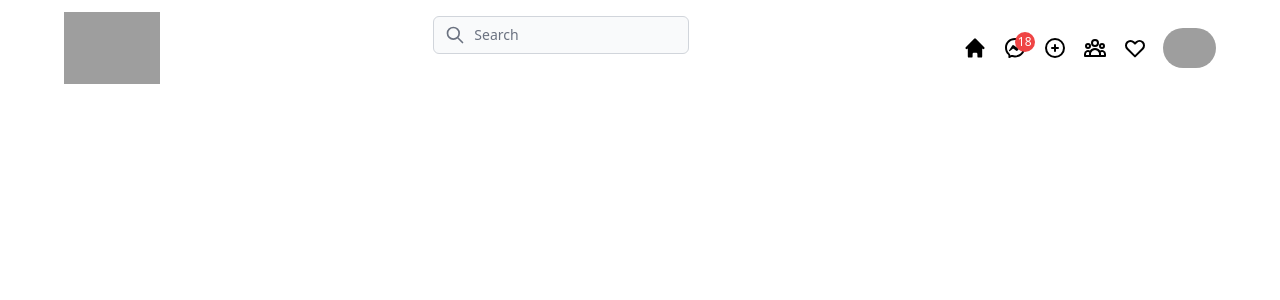
Repository: SehajBindra/insta--clone
Page: /
These files come from the project's save history. The page is drawn as it stood at one moment and after the next save; the edit follows.
The browser window is 1280 px wide. The pictures show the whole page.
Pictures or frames that could not be fetched are drawn as grey boxes. The project was rebuilt for these pictures with package versions that can differ from the ones it lists, and the page was loaded fresh each time. The framework's server and built-in components were replaced by stand-ins that run in the browser. Also part of the build but not shown: next.config.js.

Above is the page before, as saved 2022-04-11 02:36:48.

After the next save:
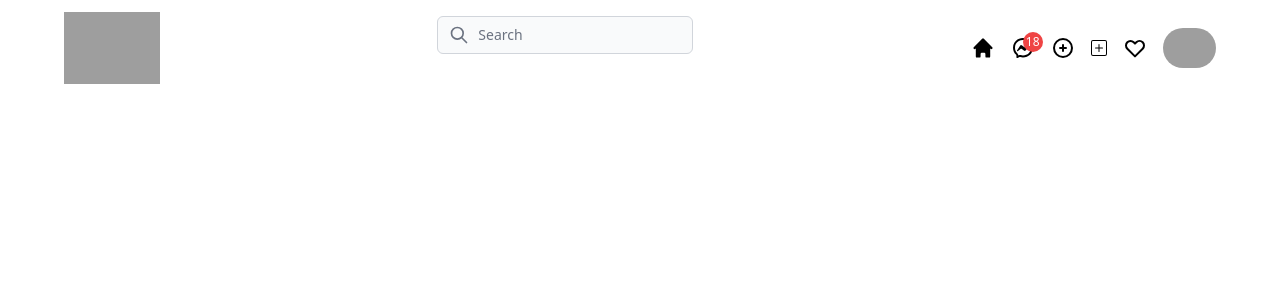
Saved 111 s later.
--- a/components/Header.js
+++ b/components/Header.js
@@ -1,6 +1,8 @@
 import React from "react";
 import Image from "next/image";
 import { RiMessengerLine } from "react-icons/ri";
+import { BsPlusSquare } from "react-icons/bs";
+
 import {
     SearchIcon,
     PlusCircleIcon,
@@ -51,7 +53,7 @@
        </div>
 
        <PlusCircleIcon  className="navBtn"/>
-       <UserGroupIcon className="navBtn"/>
+       <BsPlusSquare className="navBtn"/>
        <HeartIcon     className="navBtn"  />
 
        <img className="h-10 rounded-full  cursor-pointer" src="https:links.papareact.com/3ke" alt="profile pic"  />
